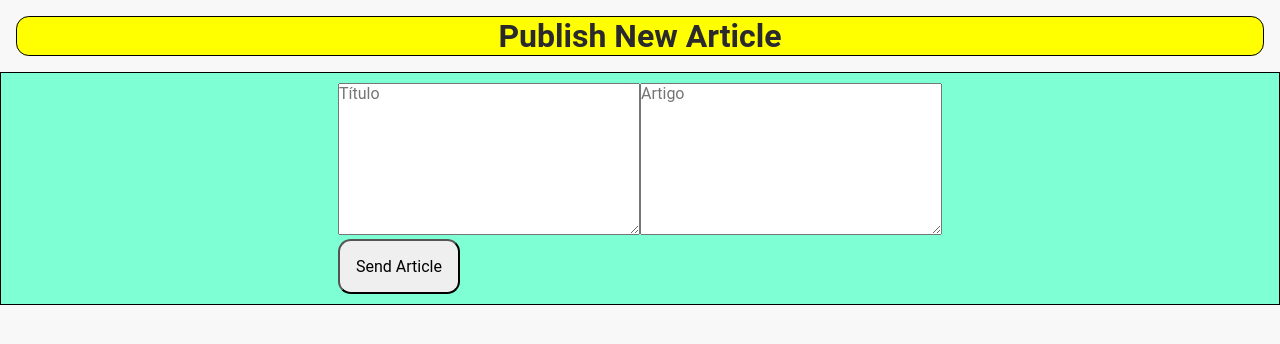
Repository: batmit/publish_articles
Page: /publish
These files come from the project's save history. The page is drawn as it stood at one moment and after the next save; the edit follows.
The browser window is 1280 px wide. The pictures show the whole page.
The project was rebuilt for these pictures with package versions that can differ from the ones it lists, and the page was loaded fresh each time. Also part of the build but not shown: src/pages/articles.tsx, src/pages/article.tsx, src/pages/Home.tsx.

Above is the page before, as saved 2021-06-29 18:30:55.

After the next save:
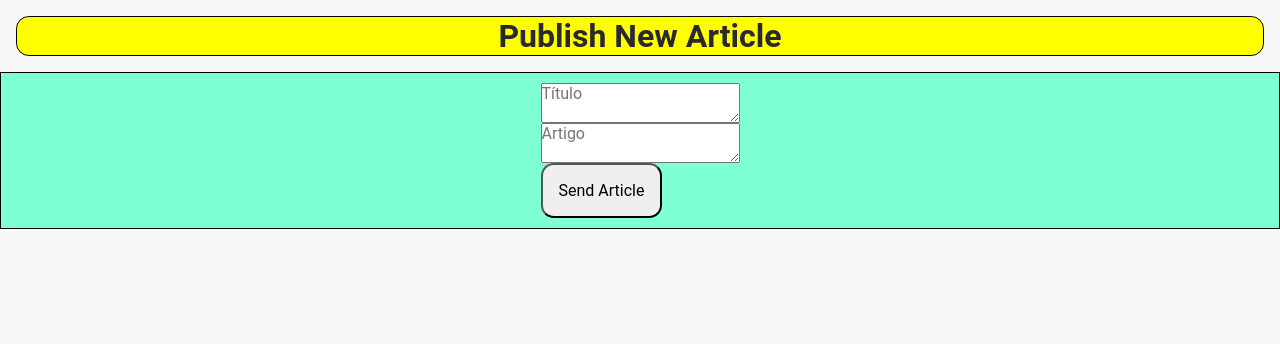
Saved 29 s later.
--- a/src/styles/global.scss
+++ b/src/styles/global.scss
@@ -49,8 +49,6 @@ button:hover {
 
 form {
     textarea {
-        width:300px;
-        height:150px;
-        overflow:auto;
+        display: block;
     }
 }
